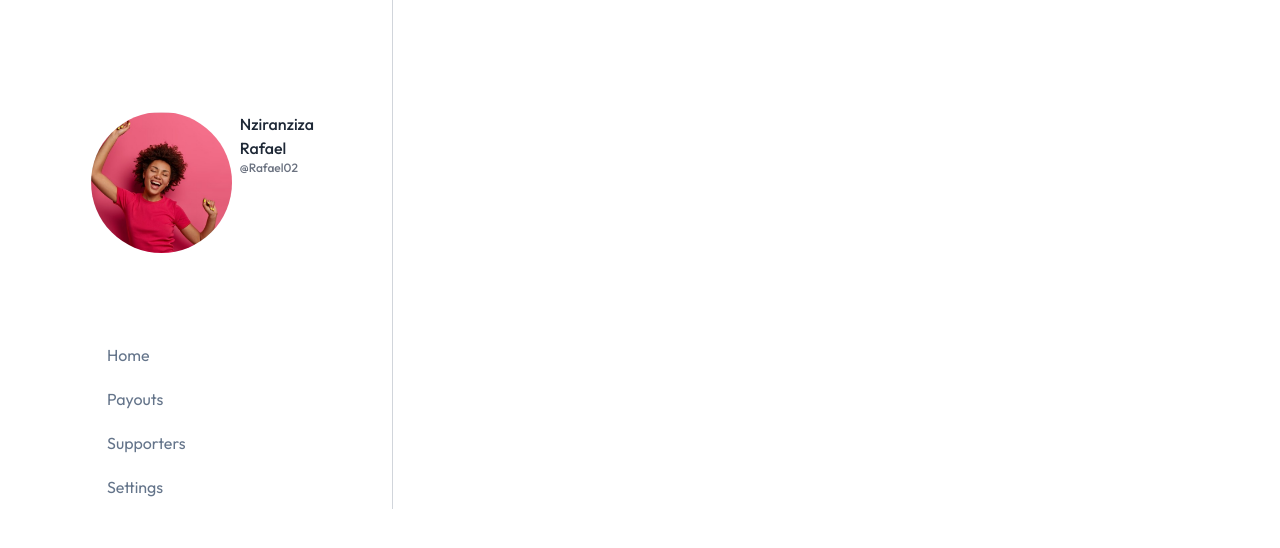
Repository: felixdusengimana/capstone-project-mirror
Page: /ad (app in frontend/)
The author's editor kept a copy of each file at every save. The page is drawn from the files as they stood at one save, then again after the next save.
The browser window is 1280 px wide. The pictures show the whole page.
The project was rebuilt for these pictures with package versions that can differ from the ones it lists, and the page was loaded fresh each time. The framework's server and built-in components were replaced by stand-ins that run in the browser. Also part of the build but not shown: frontend/next.config.mjs, frontend/components/atoms/Icon.tsx.

Above is the page before, as saved 2024-03-11 11:09:50.

After the next save:
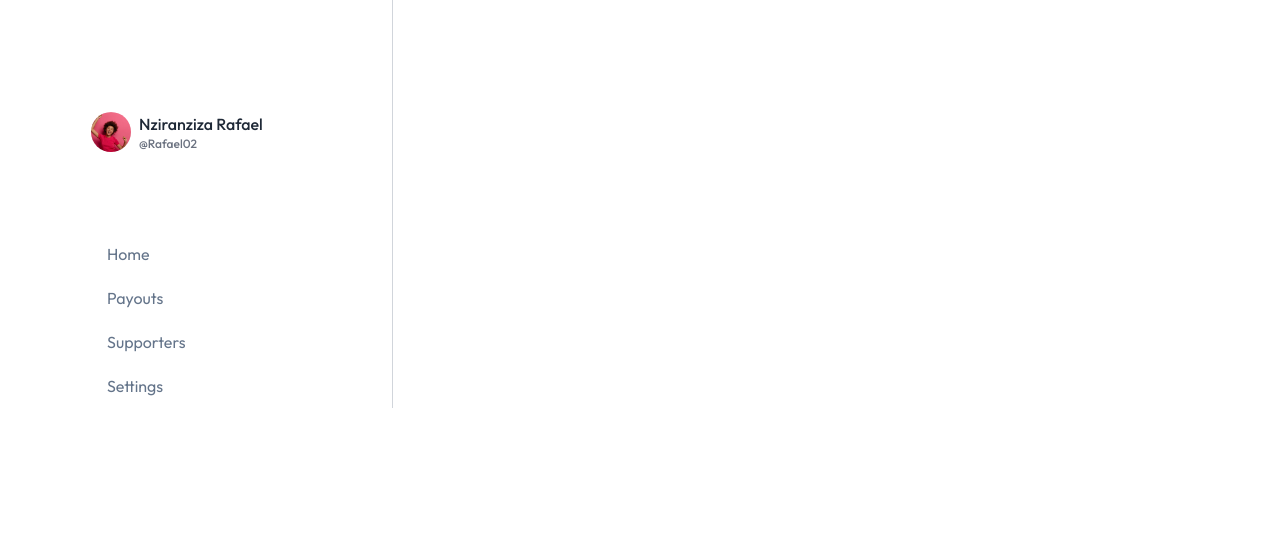
Saved 71 s later.
--- a/frontend/components/atoms/Avatar.tsx
+++ b/frontend/components/atoms/Avatar.tsx
@@ -21,28 +21,29 @@ export default function Avatar({ ...props }: AvatarProps) {
     ...rest
   } = props;
 
-  const sizeClasses =
-    size === "sm"
-      ? "w-10 h-10"
-      : size === "md"
-      ? "w-12 h-12"
-      : size === "lg"
-      ? "w-16 h-16"
-      : size === "xl"
-      ? "w-[150px] h-[150px]"
-      : size === "2xl"
-      ? "w-[202px] h-[202px]"
-      : "";
+  const sizeClasses = {
+    sm: "w-10 h-10",
+    md: "w-12 h-12",
+    lg: "w-16 h-16",
+    xl: "w-[150px] h-[150px]",
+    "2xl": "w-[202px] h-[202px]",
+  };
 
   return (
     <div
       {...rest}
       className={`bg-gray-100 ${circle ? "rounded-full" : "rounded"} ${
         bordered ? "border-2 border-white" : ""
-      }  ${rest.className} flex items-center justify-center overflow-hidden`}
+      } ${sizeClasses[size]} ${
+        rest.className
+      } flex items-center justify-center overflow-hidden`}
     >
       {src ? (
-        <img src={src} alt={alt} className={`w-full object-cover`} />
+        <img
+          src={src}
+          alt={alt}
+          className={`w-full ${sizeClasses[size]} object-cover`}
+        />
       ) : fallBackText ? (
         fallBackText
       ) : (
